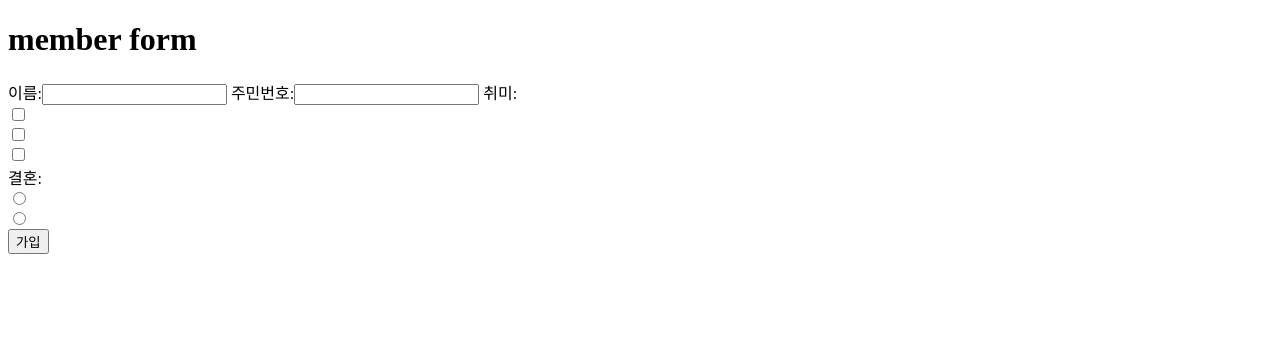
Repository: choicoding1026/Django
Page: django_workshop02/myapp/templates/memberForm.html
An editor plug-in stored every save of this project. The page is shown before and after the next save, followed by the edit.
The browser window is 1280 px wide. The pictures show the whole page.

Above is the page before, as saved 2020-09-24 06:06:37.

### django_workshop02/myapp/templates/memberForm.html
<!DOCTYPE html>
<html>
<head>
<meta charset="UTF-8">
<title>Insert title here</title>
</head>
<body>
<h1>member form</h1>
<form action="/main/memberInfo" method="get">
이름:<input type="text" name="memberName" >
주민번호:<input type="text" name="memberIdn" >
취미:<br>
<input type="checkbox" name="hobby" value="야구"><br>
<input type="checkbox" name="hobby" value="농구"><br>
<input type="checkbox" name="hobby" value="축구"><br>
결혼:<br>
<input type="radio" name="married" value="미혼"><br>
<input type="radio" name="married" value="기혼"><br>
<input type="submit" value="가입">
</form>
</body>
</html>

After the next save:
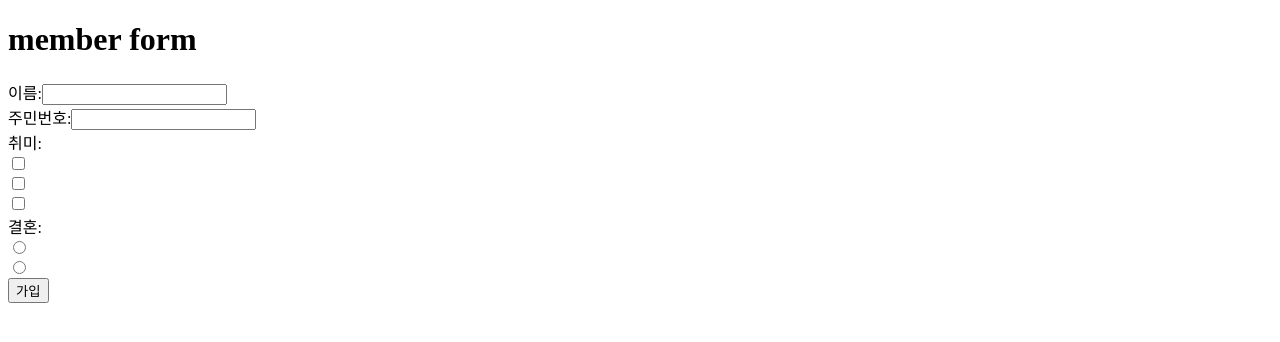
Saved 34 s later.
--- a/django_workshop02/myapp/templates/memberForm.html
+++ b/django_workshop02/myapp/templates/memberForm.html
@@ -7,8 +7,8 @@
 <body>
 <h1>member form</h1>
 <form action="/main/memberInfo" method="get">
-이름:<input type="text" name="memberName" >
-주민번호:<input type="text" name="memberIdn" >
+이름:<input type="text" name="memberName" ><br>
+주민번호:<input type="text" name="memberIdn" ><br>
 취미:<br>
 <input type="checkbox" name="hobby" value="야구"><br>
 <input type="checkbox" name="hobby" value="농구"><br>
